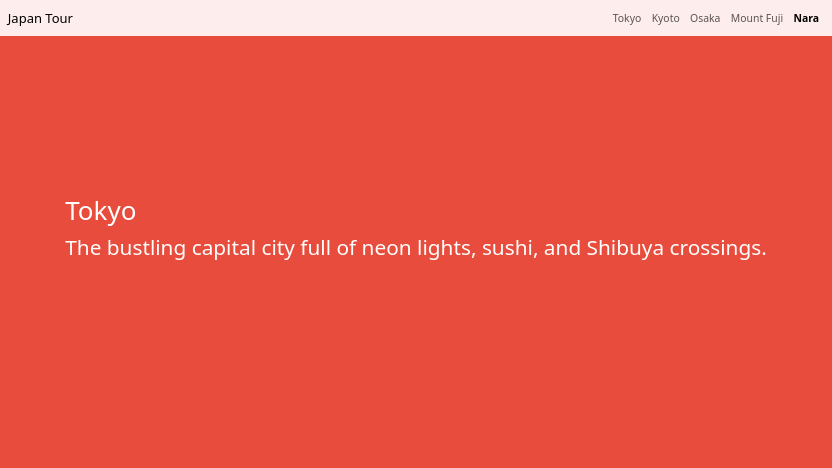
Repository: urielaracena/softwareDev
Page: project1/Untitled-1.html
These files come from the project's save history. The page is drawn as it stood at one moment and after the next save; the edit follows.
The browser window is 1280 px wide. The pictures show the whole page, at 65% of full size.
An inner scrolling area shows only its first screen.

Above is the page before, as saved 2025-04-17 05:00:20.

### project1/Untitled-1.html
<!doctype html>
<html lang="en">
<head>
  <meta charset="utf-8">
  <meta name="viewport" content="width=device-width, initial-scale=1">
  <title>Scrollspy Carousel Style</title>
  <link href="https://cdn.jsdelivr.net/npm/bootstrap@5.3.3/dist/css/bootstrap.min.css" rel="stylesheet">
  <style>
    html, body {
      height: 100%;
      scroll-behavior: smooth;
      margin: 0;
    }

    body {
      position: relative;
      overflow-y: scroll;
    }

    .scroll-container {
      scroll-snap-type: y mandatory;
      overflow-y: scroll;
      height: 100vh;
    }

    section {
      scroll-snap-align: start;
      height: 100vh;
      display: flex;
      align-items: center;
      justify-content: center;
      font-size: 2rem;
      color: white;
    }

    #section1 { background: #e74c3c; }
    #section2 { background: #2ecc71; }
    #section3 { background: #3498db; }
    #section4 { background: #9b59b6; }
    #section5 { background: #f39c12; }

    .navbar {
      background: rgba(255, 255, 255, 0.9);
    }

    .nav-link.active {
      font-weight: bold;
      color: #000;
    }
  </style>
</head>
<body data-bs-spy="scroll" data-bs-target="#navbar" data-bs-smooth-scroll="true" tabindex="0">

  <!-- Fixed Nav -->
  <nav id="navbar" class="navbar navbar-expand-lg navbar-light fixed-top">
    <div class="container-fluid">
      <a class="navbar-brand" href="#">Japan Tour</a>
      <div class="navbar-nav">
        <a class="nav-link" href="#section1">Tokyo</a>
        <a class="nav-link" href="#section2">Kyoto</a>
        <a class="nav-link" href="#section3">Osaka</a>
        <a class="nav-link" href="#section4">Mount Fuji</a>
        <a class="nav-link" href="#section5">Nara</a>
      </div>
    </div>
  </nav>

  <!-- Scroll Sections (Carousel style) -->
  <div class="scroll-container">
    <section id="section1">
      <div>
        <h1>Tokyo</h1>
        <p>The bustling capital city full of neon lights, sushi, and Shibuya crossings.</p>
      </div>
    </section>
    <section id="section2">
      <div>
        <h1>Kyoto</h1>
        <p>Historic temples, bamboo forests, and stunning geisha culture.</p>
      </div>
    </section>
    <section id="section3">
      <div>
        <h1>Osaka</h1>
        <p>Street food heaven — takoyaki, okonomiyaki, and a friendly vibe.</p>
      </div>
    </section>
    <section id="section4">
      <div>
        <h1>Mount Fuji</h1>
        <p>Japan’s iconic mountain. Perfect for hiking and scenic photos.</p>
      </div>
    </section>
    <section id="section5">
      <div>
        <h1>Nara</h1>
        <p>Peaceful parks and bowing deer near ancient temples.</p>
      </div>
    </section>
  </div>

  <script src="https://cdn.jsdelivr.net/npm/bootstrap@5.3.3/dist/js/bootstrap.bundle.min.js"></script>
</body>
</html>

After the next save:
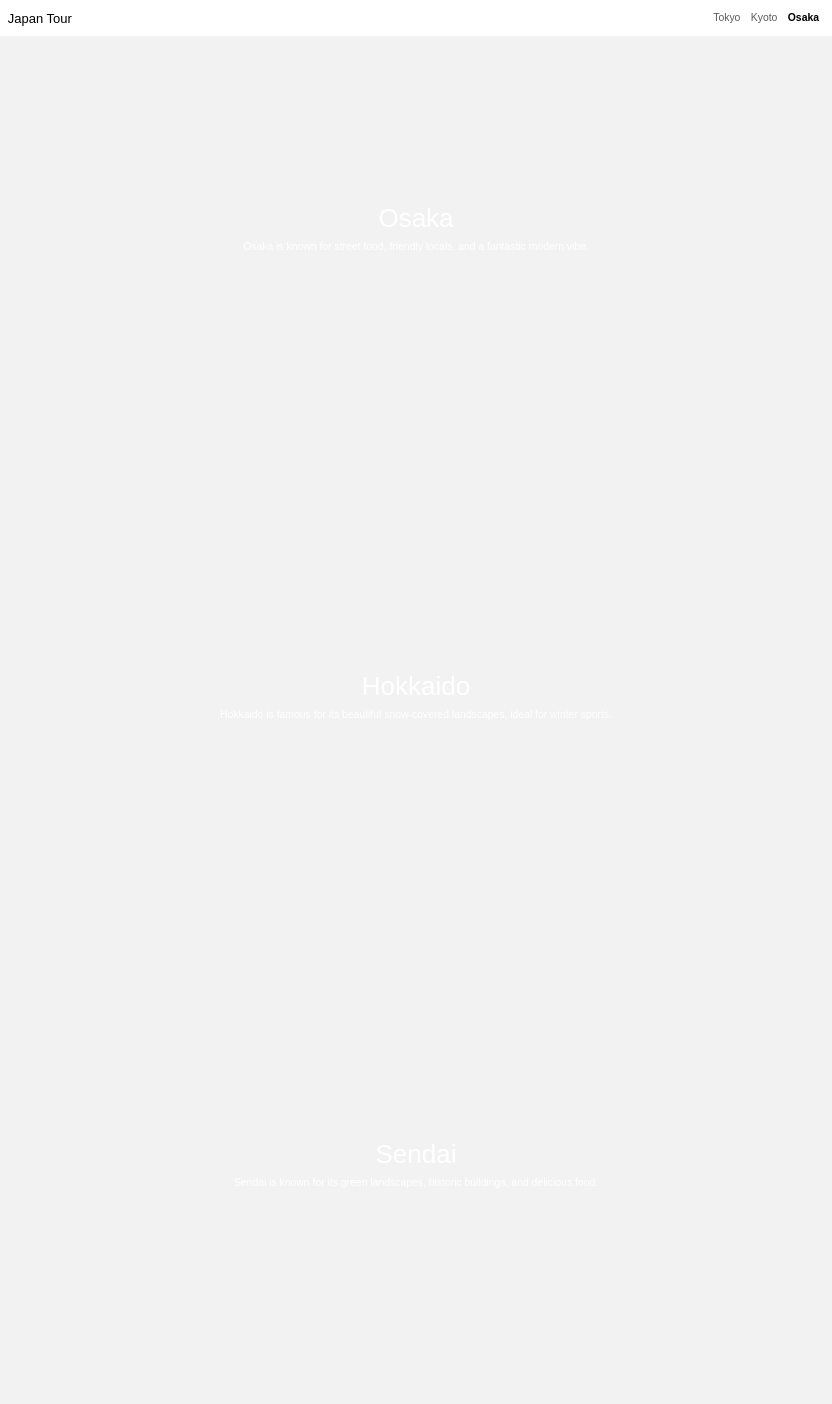
Saved 97 s later.
--- a/project1/Untitled-1.html
+++ b/project1/Untitled-1.html
@@ -6,39 +6,39 @@
   <title>Scrollspy Carousel Style</title>
   <link href="https://cdn.jsdelivr.net/npm/bootstrap@5.3.3/dist/css/bootstrap.min.css" rel="stylesheet">
   <style>
-    html, body {
-      height: 100%;
-      scroll-behavior: smooth;
-      margin: 0;
+    body {
+      font-family: Arial, sans-serif;
     }
 
-    body {
-      position: relative;
-      overflow-y: scroll;
-    }
-
-    .scroll-container {
-      scroll-snap-type: y mandatory;
-      overflow-y: scroll;
+    /* General layout styles */
+    .carousel-container {
+      overflow-x: scroll;
+      display: flex;
+      scroll-snap-type: x mandatory;
+      scroll-behavior: smooth;
       height: 100vh;
     }
 
-    section {
+    .carousel-item {
       scroll-snap-align: start;
+      flex: 0 0 100vw;
+      display: flex;
+      justify-content: center;
+      align-items: center;
+      text-align: center;
+      background-color: #f2f2f2;
       height: 100vh;
-      display: flex;
-      align-items: center;
-      justify-content: center;
-      font-size: 2rem;
+    }
+
+    .carousel-item h1, .carousel-item p {
       color: white;
     }
 
-    #section1 { background: #e74c3c; }
-    #section2 { background: #2ecc71; }
-    #section3 { background: #3498db; }
-    #section4 { background: #9b59b6; }
-    #section5 { background: #f39c12; }
+    #carousel1 { background: #e74c3c; }
+    #carousel2 { background: #2ecc71; }
+    #carousel3 { background: #3498db; }
 
+    /* Navbar */
     .navbar {
       background: rgba(255, 255, 255, 0.9);
     }
@@ -47,56 +47,98 @@
       font-weight: bold;
       color: #000;
     }
+
+    /* Scrollspy navigation */
+    #navbar {
+      position: fixed;
+      top: 0;
+      left: 0;
+      right: 0;
+      z-index: 1050;
+      background-color: white;
+    }
+
+    .nav-link {
+      cursor: pointer;
+    }
   </style>
 </head>
 <body data-bs-spy="scroll" data-bs-target="#navbar" data-bs-smooth-scroll="true" tabindex="0">
 
-  <!-- Fixed Nav -->
+  <!-- Fixed Navbar -->
   <nav id="navbar" class="navbar navbar-expand-lg navbar-light fixed-top">
     <div class="container-fluid">
       <a class="navbar-brand" href="#">Japan Tour</a>
       <div class="navbar-nav">
-        <a class="nav-link" href="#section1">Tokyo</a>
-        <a class="nav-link" href="#section2">Kyoto</a>
-        <a class="nav-link" href="#section3">Osaka</a>
-        <a class="nav-link" href="#section4">Mount Fuji</a>
-        <a class="nav-link" href="#section5">Nara</a>
+        <a class="nav-link" href="#carousel1">Tokyo</a>
+        <a class="nav-link" href="#carousel2">Kyoto</a>
+        <a class="nav-link" href="#carousel3">Osaka</a>
       </div>
     </div>
   </nav>
 
-  <!-- Scroll Sections (Carousel style) -->
-  <div class="scroll-container">
-    <section id="section1">
+  <!-- Horizontal Scrollable Carousels (Three independent sections) -->
+  <div class="carousel-container" id="carousel1">
+    <div class="carousel-item" id="item1">
       <div>
         <h1>Tokyo</h1>
-        <p>The bustling capital city full of neon lights, sushi, and Shibuya crossings.</p>
+        <p>Welcome to Tokyo, Japan's bustling capital filled with neon lights and endless excitement.</p>
       </div>
-    </section>
-    <section id="section2">
+    </div>
+    <div class="carousel-item" id="item2">
       <div>
         <h1>Kyoto</h1>
-        <p>Historic temples, bamboo forests, and stunning geisha culture.</p>
+        <p>Kyoto is home to temples, geisha culture, and stunning natural beauty like bamboo forests.</p>
       </div>
-    </section>
-    <section id="section3">
+    </div>
+    <div class="carousel-item" id="item3">
       <div>
         <h1>Osaka</h1>
-        <p>Street food heaven — takoyaki, okonomiyaki, and a friendly vibe.</p>
+        <p>Osaka is known for street food, friendly locals, and a fantastic modern vibe.</p>
       </div>
-    </section>
-    <section id="section4">
+    </div>
+  </div>
+
+  <div class="carousel-container" id="carousel2">
+    <div class="carousel-item" id="item4">
       <div>
         <h1>Mount Fuji</h1>
-        <p>Japan’s iconic mountain. Perfect for hiking and scenic photos.</p>
+        <p>Mount Fuji is an iconic mountain and a must-see landmark of Japan. Great for hiking and photography.</p>
       </div>
-    </section>
-    <section id="section5">
+    </div>
+    <div class="carousel-item" id="item5">
       <div>
         <h1>Nara</h1>
-        <p>Peaceful parks and bowing deer near ancient temples.</p>
+        <p>Nara is a historic city known for its peaceful parks and friendly deer.</p>
       </div>
-    </section>
+    </div>
+    <div class="carousel-item" id="item6">
+      <div>
+        <h1>Hokkaido</h1>
+        <p>Hokkaido is famous for its beautiful snow-covered landscapes, ideal for winter sports.</p>
+      </div>
+    </div>
+  </div>
+
+  <div class="carousel-container" id="carousel3">
+    <div class="carousel-item" id="item7">
+      <div>
+        <h1>Okinawa</h1>
+        <p>Okinawa offers beautiful beaches, clear waters, and a unique island culture.</p>
+      </div>
+    </div>
+    <div class="carousel-item" id="item8">
+      <div>
+        <h1>Nagasaki</h1>
+        <p>Learn about Japan's history and culture through Nagasaki's beautiful architecture and scenic views.</p>
+      </div>
+    </div>
+    <div class="carousel-item" id="item9">
+      <div>
+        <h1>Sendai</h1>
+        <p>Sendai is known for its green landscapes, historic buildings, and delicious food.</p>
+      </div>
+    </div>
   </div>
 
   <script src="https://cdn.jsdelivr.net/npm/bootstrap@5.3.3/dist/js/bootstrap.bundle.min.js"></script>
